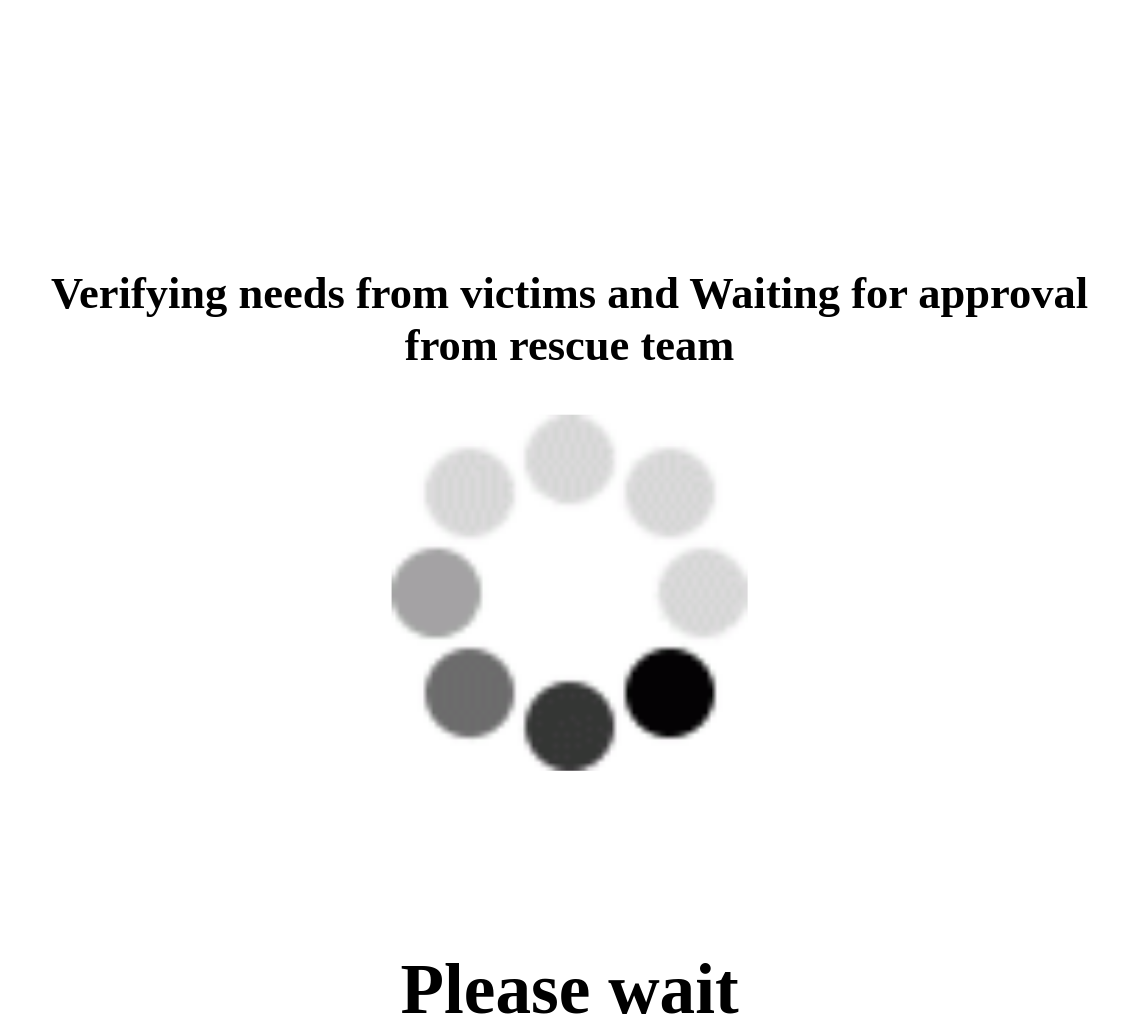
Repository: KittichoteKamalapirat/EMS-management-system
Page: loading.html
The author's editor kept a record of every edit. The page is drawn from the files as they stood at one moment, then again after the next edit.
The browser window is 1280 px wide. The pictures show the whole page, at 89% of full size.

Above is the page before.

After the next edit:
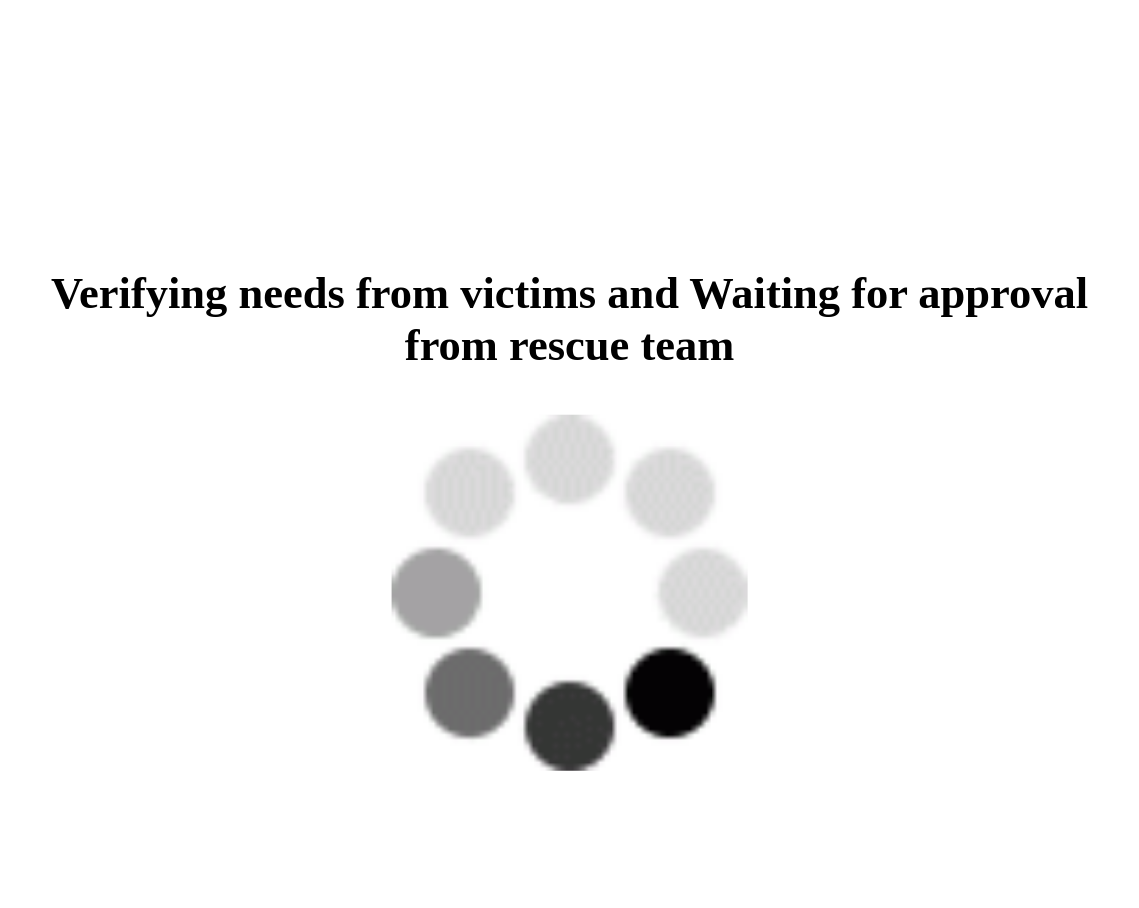
The edit:
--- a/loading.html
+++ b/loading.html
@@ -11,7 +11,7 @@
 <div class = "icon">
    <i class="fa fa-spinner fa-3x"></i>
 </div>
-<h2 class = "wait">Please wait</h2>
+
 
 
 </div>
